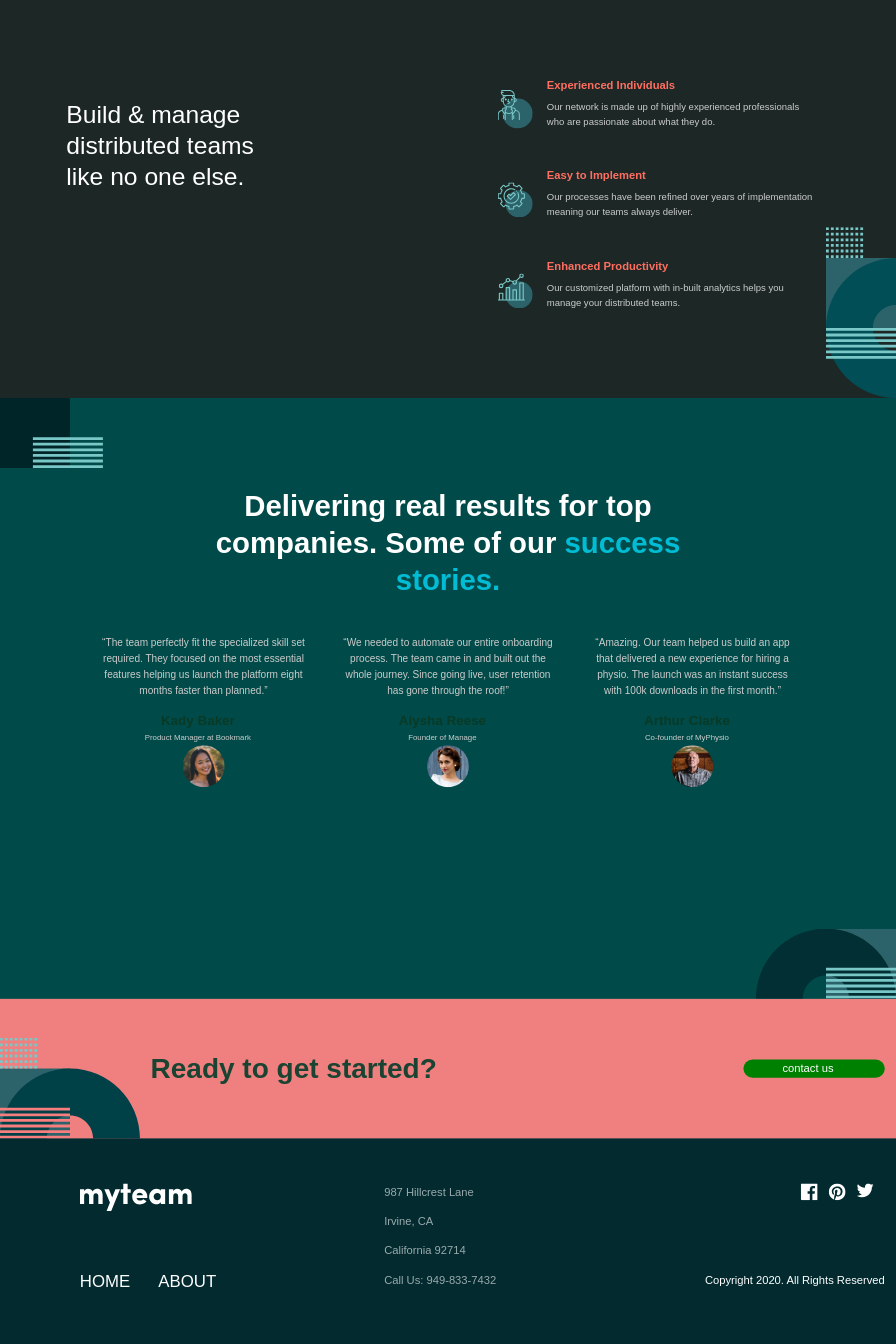
Repository: Gabriel221-dev/Project-page-main
Page: /
These files come from the project's save history. The page is drawn as it stood at one moment and after the next save; the edit follows.
The browser window is 1280 px wide. The pictures show the part of the page from y = 692 to 2612 px (the page is 2612 px tall), at 70% of full size.
The project was rebuilt for these pictures with package versions that can differ from the ones it lists, and the page was loaded fresh each time. Also part of the build but not shown: vite.config.js, src/pages/About.css, src/components/DirectorCard.css, src/components/DirectorCard.jsx, src/pages/About.jsx, src/pages/Contact.css, src/pages/Contact.jsx.

Above is the page before, as saved 2024-07-23 18:21:59.

### src/App.jsx
import { BrowserRouter as Router, Route, Routes } from "react-router-dom";
import Home from "./pages/Home";
import About from "./pages/About";
import Contact from "./pages/Contact";
import Header from "./components/Header";
import Footer from "./components/Footer";
import "./styles/global.css";

const App = () => {
  return (
    <Router>
      <Header />
      <main>
        <Routes>
          <Route path="/" element={<Home />} />
          <Route path="/about" element={<About />} />
          <Route path="/contact" element={<Contact />} />
        </Routes>
      </main>
      <Footer />
    </Router>
  );
};

export default App;

### src/components/Header.jsx
import { useState } from "react";
import { NavLink } from "react-router-dom";
import { FaBars } from "react-icons/fa";
import Sidebar from "./Sidebar";
import "./Header.css";
import { IconContext } from "react-icons";

const Header = () => {
  const [isSidebarToggled, setSidebarToggled] = useState(false);

  const handleToggle = () => {
    setSidebarToggled((prev) => !prev);
  };

  return (
    <>
      <IconContext.Provider value={{ color: "#fff" }}>
        <header className="header">
          <nav className="header__nav">
            <NavLink className="header__brand" to="/">
              <img
                className="header__logo"
                src="/Imagez/logo.svg"
                alt="Logo"
                loading="eager"
                width="160"
              />
            </NavLink>

            <ul className="header__navigation">
              <li className="header__link">
                <NavLink
                  className={({ isActive }) =>
                    isActive
                      ? "header__anchor header__anchor--active"
                      : "header__anchor"
                  }
                  to="/"
                >
                  home
                </NavLink>
              </li>
              <li className="header__link">
                <NavLink
                  className={({ isActive }) =>
                    isActive
                      ? "header__anchor header__anchor--active"
                      : "header__anchor"
                  }
                  to="/about"
                >
                  about
                </NavLink>
              </li>

              <NavLink className="header__btn" to="/contact">
                contact us
              </NavLink>
            </ul>

            <button
              className="header__menu"
              title="Toggle Menu"
              onClick={handleToggle}
            >
              <FaBars />
            </button>
          </nav>
          <Sidebar isOpen={isSidebarToggled} onToggle={handleToggle} />
        </header>
      </IconContext.Provider>
    </>
  );
};

export default Header;

### src/styles/global.css
/* Reset some default browser styles */
* {
    margin: 0;
    padding: 0;
    box-sizing: border-box;
  }

  body {
    font-family: 'Arial', sans-serif;
    line-height: 1.6;
    color: #333;
    background-color: #004953;
    margin: 0;
    padding: 0;
  }

  /* Headings */
  h1, h2, h3, h4, h5, h6 {
    margin-bottom: 1rem;
    line-height: 1.25;
  }

  h1 {
    font-size: 2.5rem;
  }

  h2 {
    font-size: 2rem;
  }

  h3 {
    font-size: 1.75rem;
  }

  h4 {
    font-size: 1.5rem;
  }

  h5 {
    font-size: 1.25rem;
  }

  h6 {
    font-size: 1rem;
  }

  /* Paragraphs */
  p {
    margin-bottom: 1rem;
  }

  /* Links */
  a {
    color: #007BFF;
    text-decoration: none;
  }

  a:hover {
    text-decoration: underline;
  }

  /* Images */
  img {
    max-width: 100%;
    height: auto;
  }

  /* Forms */
  input, textarea, button {
    font-family: inherit;
    font-size: inherit;
  }

  input, textarea {
    width: 100%;
    padding: 0.5rem;
    margin-bottom: 1rem;
    border: 1px solid #ccc;
    border-radius: 4px;
  }

  button {
    padding: 0.5rem 1rem;
    background-color: #007BFF;
    color: #fff;
    border: none;
    border-radius: 4px;
    cursor: pointer;
  }

  button:hover {
    background-color: #0056b3;
  }

  /* Utility Classes */
  .container {
    max-width: 1200px;
    margin: 0 auto;
    padding: 0 1rem;
  }

  .text-center {
    text-align: center;
  }

  .mt-1 {
    margin-top: 1rem;
  }

  .mb-1 {
    margin-bottom: 1rem;
  }

  .mt-2 {
    margin-top: 2rem;
  }

  .mb-2 {
    margin-bottom: 2rem;
  }

  .mt-3 {
    margin-top: 3rem;
  }

  .mb-3 {
    margin-bottom: 3rem;
  }

  .mt-4 {
    margin-top: 4rem;
  }

  .mb-4 {
    margin-bottom: 4rem;
  }

  .mt-5 {
    margin-top: 5rem;
  }

  .mb-5 {
    margin-bottom: 5rem;
  }

### src/components/ContactBanner.jsx
import { Link } from "react-router-dom";
import "./ContactBanner.css";

const ContactBanner = () => {
  return (
    <div className="banner">
      <div className="banner__content">
        <h1 className="banner__title">Ready to get started?</h1>
        <Link to="/contact" className="banner__btn">
          contact us
        </Link>
      </div>
    </div>
  );
};

export default ContactBanner;

### src/pages/Home.css
/* Variables */
:root {
    --midnight-green: #004d40;
    --light-coral: #ff6f61;
    --rapture-blue: #00bcd4;
    --deep-jungle-green: #002b22;
    --sacramento-state-green: #003b36;
  }

  /* Main styles */
  /* .home {
    padding: 10px;
  } */

  .find {

    display: flex;
    align-items: center;
    justify-content: center;
    padding: 50px 0;
    position: relative;
    background-image: url('/Imagez/bg-pattern-home-1.svg');
    background-repeat: no-repeat;
    background-position: left -100px top 56px;
  }

  @media only screen and (max-width: 768px) {
    .find {
      background-image: none;
    }
  }

  .find__content {
    display: flex;
    flex-direction: row;
    align-items: center;
    justify-content: center;
    text-align: left;
    color: white;
    background-image:url('/Imagez/bg-pattern-home-2.svg');
    background-repeat: no-repeat;
    background-position: right bottom ;
  }

  @media only screen and (max-width: 768px) {
    .find__content {
      flex-direction: column;
    }
  }

  .find__title {
    font-size: 6.8rem;
    margin-bottom: 4rem;
    padding-left: 2rem;
    padding-bottom: 3rem;
    flex: 1;
    max-width: 700px;
  }

  @media only screen and (max-width: 768px) {
    .find__title {
      text-align: center;
      margin: 0 auto;
      font-size: 2rem;
    }
  }

  .find__title--coral {
    color: var(--light-coral);
  }

  .find__description {
    font-size: 1rem;
    padding: 2rem 0.5rem;
    margin: 1rem 0.5rem;
    max-width: 420px;
    flex: 1;
  }

  @media only screen and (max-width: 768px) {
    .find__description {
      text-align: center;
      margin: 0 auto;
      font-size: 1rem;
    }
  }

  .build {
    background-color: #1c2726;
    padding: 50px 0;
    display: flex;
    height: 100%;
    align-items: center;
    justify-content: center;
    position: relative;
    background-image: url('/Imagez/bg-pattern-home-3.svg');
    background-repeat: no-repeat;
    background-position: right -100px bottom;
  }

  @media only screen and (max-width: 768px) {
    .build {
      background-position: right -100px top;
      flex-direction: column;
    }
  }

  .build__content {
    display: flex;
    flex-direction: row;
    align-items: flex-start;
    justify-content: space-between;
    max-width: 1200px;
    width: 100%;
    margin-top: 1rem;
    padding: 1.8rem;
  }

  @media only screen and (max-width: 768px) {
    .build__content {
      flex-direction: column;
    }
  }

  .build__title {
    font-size: 2.2rem;
    color: #fff;
    margin: 10px -24px;
    flex: 1;
    max-width: 420px;
    padding: 50px;
    text-align: left;
    font-weight: 200;
  }

  @media only screen and (max-width: 768px) {
    .build__title {
      margin-bottom: 20px;
      text-align: left;
      padding: 1rem;
      width: 250px;
      font-size: 2rem;
      text-align: left;
      justify-content: flex-start;
    }
  }

  .build__items {
    font-size: 0.5rem;
    display: flex;
    flex-direction: column;
    flex: 1;
    margin: 10px 50px;
    max-width: 450px;
  }

  @media only screen and (max-width: 768px) {
    .build__items {
      max-width: 100%;
    }
  }

  .build__item {
    display: flex;
    align-items: center;
    margin: 20px 0;
    text-align: left;
  }

  @media only screen and (max-width: 768px){
    .build__item{
      flex-direction: column;
      align-items: center;
    }
  }

  .build__icon {
    width: 50px;
    margin-right: 20px;

  }

  @media only screen and (max-width: 768px) {
    .build__icon {
      margin-bottom: 10px; /* Space between icon and text */
    }
  }

  .build__text h3 {
    font-size: 1rem;
    color: #ff6f61;
    font-weight: bold;
    margin-bottom: 10px;
  }

  @media screen and (max-width:768px){
    .build__text h3{
      padding: 1rem;
      font-size: 1rem;
      text-align: center;

    }
  }

  .build__text p {
    font-size: 0.85rem;
    color: #ccc;
    margin-top: 0;
  }

  @media screen and (max-width:768px){
    .build__text p{
      padding-bottom: .5rem;
      font-size: .8rem;
      width: 340px;
      text-align: center;
    }
  }

  .delivering {
    background-color: #004b49;
    padding: 50px 0px;
    position: relative;
    background-image:url(/Imagez/bg-pattern-home-4-about-3.svg), url(/Imagez/bg-pattern-home-5.svg);
    background-repeat: no-repeat;
    background-position: left top, right bottom;
    width: auto;
  }

  .delivering__content {
    text-align: center;
    max-width: 1000px;
    margin: 0 auto;
    grid-column: center-start / center-end;
    grid-row: 2 / 3;
    display: grid;
    grid-template-rows: 140px repeat(2, auto) 140px;
  }

  @media only screen and (max-width: 768px) {
    .delivering__content {
      grid-template-rows: 100px repeat(2, auto) 100px;
    }
  }

  .delivering__title {
    font-size: 41.9px;
    font-weight: bold;
    color: #fff;
    text-align: center;
    max-width: 49.5rem;
    height: 170px;
    margin-left: auto;
    margin-right: auto;
    margin-top: 79px;
    /* background-color:greenyellow; */
  }

  @media only screen and (max-width: 768px) {
    .delivering__title {
      margin-top: 4.8rem;
      font-size: 1.9rem;
      display: block;
      max-width: 550px;
      margin-bottom: 60px;
      padding: 1.5rem;
    }
  }

  .delivering__title--rapture-blue {
    color: var(--rapture-blue);
  }

  .delivering__quotes {
    justify-content: center;
    grid-row: 3 / 4;
    display: grid;
    grid-template-columns: repeat(3, 1fr);
    column-gap: 3rem;
    margin-top: 2rem;
    height: 350px;
    max-width: 1000px;
    margin-top: 8rem;
  }

  @media only screen and (max-width: 768px) {
    .delivering__quotes {
      grid-template-columns: 1fr;
      grid-template-rows: repeat(3, min-content);
      column-gap: 0;
      row-gap: 2.5rem;
      padding: 2.5rem;
      margin-top: 6.8rem;
    }
  }

  .delivering__quote {
    text-align: center;
    display: flex;
    flex-direction: column;
    justify-content: space-between;
    height: 100%;
        margin-left: auto;
    margin-right: auto;
  }

  .delivering__quote p {
    font-size: .9rem;
    color: #ccc;
    display: -webkit-box;
    -webkit-box-orient: vertical;
    -webkit-line-clamp: 4;
    overflow: hidden;
    text-overflow: ellipsis;
    margin-top: 20px;
  }

  .delivering__quote h3 {
    font-size: 1.2rem;
    color: #083a26;
    margin:-8rem 2rem -3rem 1rem;
  }

  .delivering__quotes .name__tag {
    font-size: .7rem;
    margin:-5rem 1rem -2rem 0rem;
  }

  .delivering__quote img {
    width: 60px;
    height: 60px;
    border-radius: 50%;
    align-self: center;
    margin: -6rem 0rem 7rem 0rem ;
  }


  @media only screen and (max-width: 768px) {
    .delivering__quotes {
      grid-template-columns: 1fr;
      grid-template-rows: repeat(3, min-content);
      column-gap: 0;
      row-gap: 2.5rem;
      padding: 2.5rem;
      height: auto
    }

    .delivering__quote {
      height: auto; /* Adjust height for smaller screens */
    }

    .delivering__quote p {
      -webkit-line-clamp: 3; /* Limits the text to 3 lines on smaller screens */
    }

    .delivering__quote h3, p{
      margin: .5rem;
    }

    .delivering__quote .name__tag{
      margin: -4px;
    }

    .delivering__quote img{
      margin: 15px;
    }
  }

### src/components/Sidebar.jsx
import PropTypes from "prop-types";
import { useNavigate } from "react-router-dom";
import { AiOutlineClose } from "react-icons/ai";
import "./Sidebar.css";
import { IconContext } from "react-icons";

const Sidebar = ({ isOpen, onToggle }) => {
  const navigate = useNavigate();

  const handleNavigate = (path) => {
    navigate(path);
    onToggle();
  };

  return (
    <IconContext.Provider value={{ color: "#fff" }}>
      <div className={`sidebar ${isOpen ? "sidebar--open" : ""}`}>
        <div className="sidebar__overlay" onClick={onToggle}></div>
        <div className="sidebar__content">
          <div className="sidebar__header">
            <button
              className="sidebar__close"
              title="Close Menu"
              onClick={onToggle}
            >
              <AiOutlineClose />
            </button>
          </div>

          <ul className="sidebar__navigation">
            <li className="sidebar__link">
              <button
                className="sidebar__anchor"
                onClick={() => handleNavigate("/")}
              >
                home
              </button>
            </li>
            <li className="sidebar__link">
              <button
                className="sidebar__anchor"
                onClick={() => handleNavigate("/about")}
              >
                about
              </button>
            </li>
          </ul>

          <button
            className="sidebar__btn"
            onClick={() => handleNavigate("/contact")}
          >
            contact us
          </button>
        </div>
      </div>
    </IconContext.Provider>
  );
};

Sidebar.propTypes = {
  isOpen: PropTypes.bool.isRequired,
  onToggle: PropTypes.func.isRequired,
};

export default Sidebar;

### src/components/Header.css
.header {
    background-color: #004953;
    height: 194px;
    display: flex;
    justify-content: space-between;
    align-items: center;
    padding: 1rem 7rem;
  }

  @media only screen and (max-width: 850px) {
    .header {
      height: 150px;
      /* background-color:red; */
      align-items:left;
    }
  }

  @media only screen and (max-width: 576px) {
    .header {
      height: 128px;
    }
  }

  .header__nav {
    /* display: flex;
    align-items: center;
    gap: 8rem; */
    grid-column: center-start / center-end;
    display: grid;
    grid-template-columns: max-content 1fr max-content;
    align-items: center;
    column-gap: 8rem;

    @media only screen and (max-width: 768px) {
      column-gap: 4rem;
    }

    @media only screen and (max-width: 576px) {
        grid-template-columns: repeat(2, 1fr);
        column-gap: 0;
    }
  }

  .header__logo {
    max-width: 158px;

    @media only screen and (max-width: 768px) {
      margin-right: 14rem;
      margin-left: -5rem;
    }
  }

  .header__navigation {
    list-style: none;
    display: flex;
    margin: 0;
    padding: 0;
    text-decoration: none;

    @media only screen and (max-width: 820px) {
      display: none;
    }
  }

  .header__link {
    margin-right: 4rem;
    text-decoration: none;
  }

  /* .header:last-child {
    margin-right: 0;
  } */

  .header__anchor {
    font-size: 1.3rem;
    text-decoration: none;
    color: #333;
    font-weight: bold;
  }

  .header__anchor:hover{
    text-decoration: none;
  }

  .header__anchor--active {
    color: #f08080;
}

  .header__btn {
    background-color: transparent;
    border: 2px solid #fff;
    border-radius:16px;
    color: #fff;
    padding: 0.5rem 1.5rem;
    margin-left: 16rem;
    text-decoration: none;
    display: inline-block;
    cursor: pointer;
    justify-self: end;

    @media only screen and (max-width: 820px) {
      display: none;
    }
  }

  .header__btn:hover{
    background-color:white;
    color:#004953;
    text-decoration: none;
    border-radius:16px;
    transform: scale(1.05);
    transition: transform 0.6s ease-in-out, border-bottom 0.6s ease;
  }

  .header__menu {
    display: none;

    @media only screen and (max-width: 820px) {
      display: flex;
      width: 50px;
      height: 28px;
      padding: .1rem;
      border: 0;
      outline: 0;
    }
  }

  .header__menu:hover{
    background:none;
  }

### src/components/ContactBanner.css
.banner {
    background-color: #f08080;
    height: 200px;
    display: grid;
    column-gap: 3rem;
    align-items: center;
    align-content: center;
    background-image:url(/Imagez/bg-pattern-home-6-about-5.svg);
    background-repeat: no-repeat;
    background-position: left bottom;

    @media only screen and (max-width: 768px) {
      height: 302px;
    }
  }

  .banner__content {
    grid-column: 2 / 10;
    display: grid;
    grid-template-columns: repeat(12, 1fr);
    align-items: center;
    grid-column: center-start / center-end;
    column-gap: 3rem;

    @media only screen and (max-width: 768px) {
      grid-template-rows: repeat(2, min-content);
      grid-template-columns: 1fr;
      column-gap: 0;
      row-gap: 2.4rem;
      text-align: center;
    }
  }

  .banner__title {
    color: #1b4332;
    margin: 1rem;
    grid-column:1 / 7;


    @media only screen and (max-width: 768px) {
      grid-column: 2 / 9;
    }

    @media only screen and (max-width: 480px) {
      grid-column: 1 / 2;
    }
  }

  .banner__btn {
    grid-column: 10 / -1;
    background-color: green;
    color: #ffffff;
    margin: 1rem;
    border-radius: 1rem;
    padding-left: 3.5rem;


    @media only screen and (max-width: 768px) {
        grid-column: 9 / -1;
      margin: auto;
      padding: .5rem;
    }
  }

  /* New styles for mobile layout */
  @media only screen and (max-width: 480px) {
    .banner__content {
      grid-template-columns: auto; /* Remove explicit row heights */
      text-align: center; /* Center align content on smaller screens */
    }

    .banner__title {
      grid-column: 1 / -1; /* Span across all columns */
      margin-bottom: 1rem; /* Add space between title and button */
    }
  }

### src/components/Sidebar.css
.sidebar {
    display: none;
    width: 100%;
    height: 100%;
    position: fixed;
    top: 0;
    left: 0;
    z-index: 100;
    transition: all 0.3s ease;
  }

  .sidebar--open {
    display: grid;
    grid-template-columns: 1fr min-content;
  }

  .sidebar__overlay {
    grid-column: 1 / -1;
    grid-row: 1 / 2;
    background-color: rgba(0, 0, 0, 0.5);
    transition: background-color 0.3s ease;

  }

  .sidebar__content {
    grid-column: 2 / 3;
    grid-row: 1 / 2;
    background-color: #194c4c;
    width: 250px;
    display: grid;
    grid-template-rows: 128px repeat(2, min-content);
    grid-template-columns: 48px 1fr 25px;
    transition: width 0.3s ease;
    background-image: url(/Imagez/bg-pattern-about-1-mobile-nav-1.svg);
    background-repeat: no-repeat;
    background-position: right -100px bottom;
    transition: width .4s ease;

  }

  .sidebar__header {
    grid-column: 2 / 3;
    justify-self: end;
    align-self: center;
  }

  .sidebar__close {
    background-color:#194c4c ;
    width: 30px;
    border: 0;
    outline: 0;
  }

  .sidebar__close:hover{
    background-color:#194c4c;
  }

  .sidebar__navigation {
    grid-column: 2 / 3;
    list-style: none;
    margin: 0;
    padding: 0;
  }

  .sidebar__link {
    margin-bottom: 2.4rem;
  }

  .sidebar__anchor {
    font-size: 1.1rem;
    color: #fff;
    background: transparent;
    border: none;
    text-decoration: none;
    cursor: pointer;
  }

  .sidebar__anchor:hover{
    background:none;
  }

  .sidebar__btn {
    grid-column: 2 / 3;
    background-color: transparent;
    border: 1px solid #fff;
    color: #fff;
    padding: 0.5rem 1rem;
    text-decoration: none;
    display: inline-block;
    cursor: pointer;
    width: 159px;
  }

  .sidebar__btn:hover{
    background:white;
    color:#194c4c;
    transform: scale(1.05);
    transition: transform 0.3s ease-in-out, border-bottom 0.6s ease;
  }

  .sidebar--open .sidebar__overlay {
    background-color: rgba(0, 0, 0, 0.5);
  }

  .sidebar--open .sidebar__content {
    width: 250px;
  }

  @media (max-width: 768px) {
    .header__menu {
      display: grid;
      background-color: transparent;
      width: 24px;
      border: 0;
      outline: 0;
      justify-self: end;
      align-self: center;
      margin-left: auto;
    }
  }

Loaded but not shown: index.html (common file); src/main.jsx (common file); src/pages/Home.jsx (120 lines, source omitted); src/components/Footer.jsx (89 lines, source omitted); src/components/Footer.css (209 lines, source omitted)

After the next save:
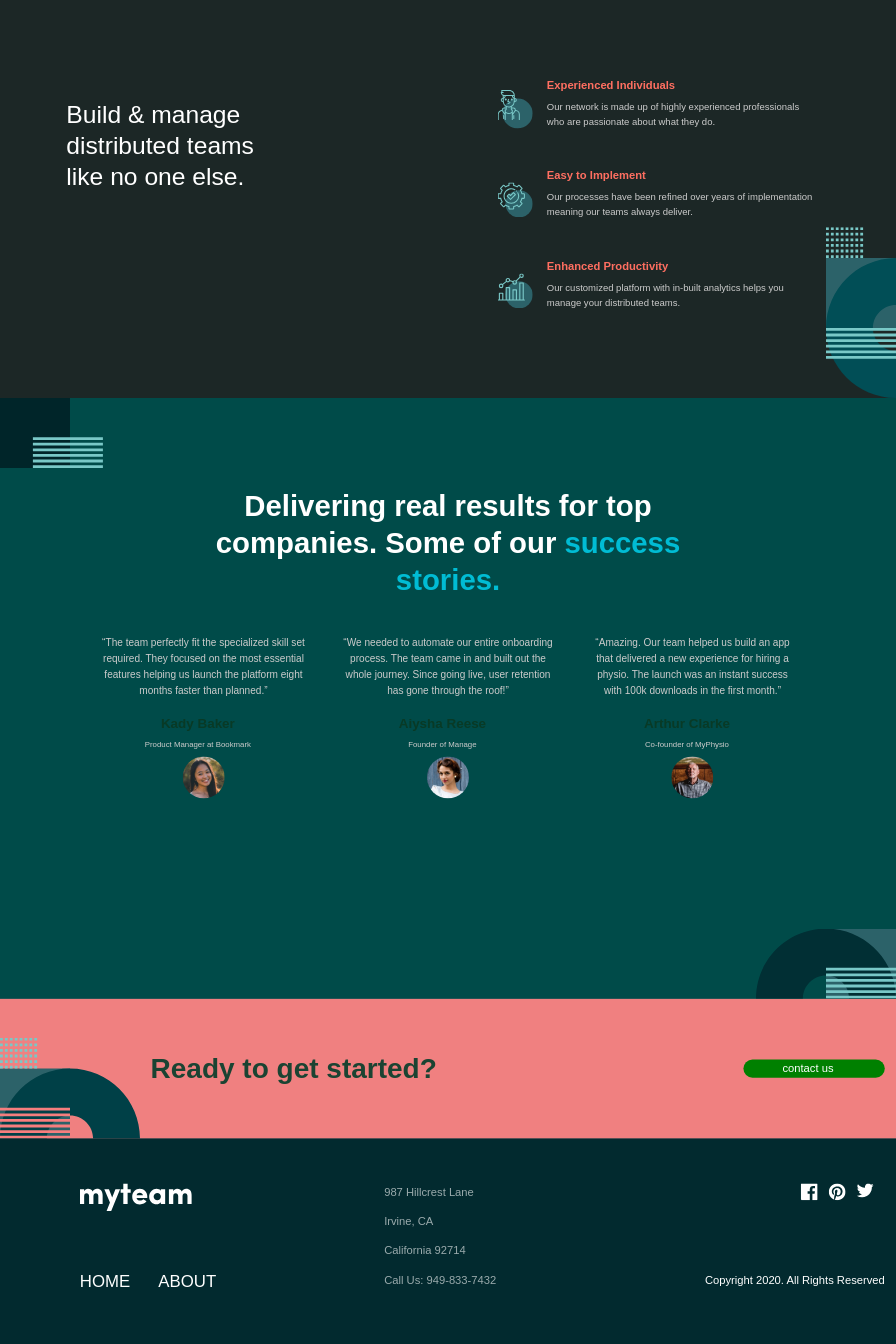
Saved 8 s later.
--- a/src/pages/Home.css
+++ b/src/pages/Home.css
@@ -331,7 +331,7 @@
     height: 60px;
     border-radius: 50%;
     align-self: center;
-    margin: -6rem 0rem 7rem 0rem ;
+    margin: -6rem 0rem 6rem 0rem ;
   }
 
 
